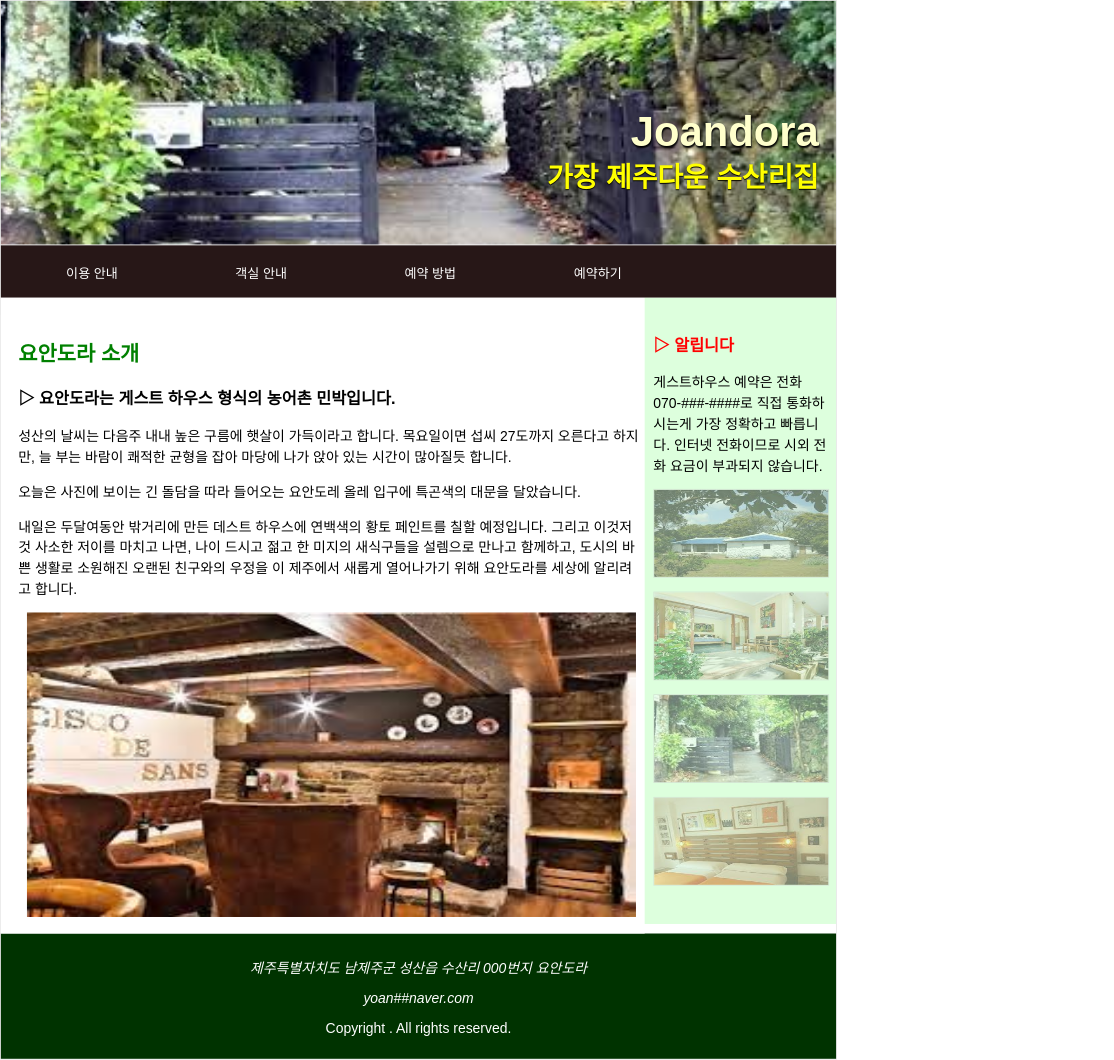
Repository: b1996om/HTML-CSS_study
Page: pro07/public/HTML5_markup.html
The author's editor kept a copy of each file at every save. The page is drawn from the files as they stood at one save, then again after the next save.
The browser window is 1280 px wide. The pictures show the whole page, at 87% of full size.

Above is the page before, as saved 2022-12-07 06:25:34.

### pro07/public/HTML5_markup.html
<!DOCTYPE html>
<html lang="ko">
<head>
	<meta charset="utf-8">
	<title>내가 처음 만드는 HTML 문서</title>
	<link href="css/style3.css" rel="stylesheet" type="text/css">
</head>
<body>
	<div class="container">
		<div class="content">
			 <!-- <iframe src="https://www.naver.com/" width="95%" height="500"></iframe> -->
		</div>
		<header>
			<h1>Joandora</h1>
			<h2>가장 제주다운 수산리집</h2>
		</header>
		<nav class="navi">
			<ul>
				<li><a href="#">이용 안내</a></li>
				<li><a href="#">객실 안내</a></li>
				<li><a href="#">예약 방법</a></li>
				<li><a href="#">예약하기</a></li>
			</ul>
		</nav>
		<article>
			<section class="content">
				<h2 class="joan">요안도라 소개</h2>
				<h3>▷ 요안도라는 게스트 하우스 형식의 농어촌 민박입니다.</h3>
				<p>성산의 날씨는 다음주 내내 높은 구름에 햇살이 가득이라고 합니다.
				목요일이면 섭씨 27도까지 오른다고 하지만, 늘 부는 바람이 쾌적한 균형을 잡아
				마당에 나가 앉아 있는 시간이 많아질듯 합니다.</p>
				<p>오늘은 사진에 보이는 긴 돌담을 따라 들어오는 요안도레 올레 입구에 특곤색의 대문을
				달았습니다.</p>
				<p>내일은 두달여동안 밖거리에 만든 데스트 하우스에 연백색의 황토 페인트를 칠할 예정입니다.
				그리고 이것저것 사소한 저이를 마치고 나면, 나이 드시고 젊고 한 미지의 새식구들을 설렘으로
				만나고 함께하고, 도시의 바쁜 생활로 소원해진 오랜된 친구와의 우정을 이 제주에서 새롭게
				열어나가기 위해 요안도라를 세상에 알리려고 합니다.</p>
				<div class="banner">
					<img src="images/banner2.jpg" width="700" height="350" alt="요안도라">
				</div>
			</section>
		</article>
		<aside class="sidebar">
			<h3 class="check">▷ 알립니다</h3>
			<p>게스트하우스 예약은 전화 070-###-####로 직접 통화하시는게 가장 정확하고 빠릅니다.
			   인터넷 전화이므로 시외 전화 요금이 부과되지 않습니다.</p>
			<img src="images/2.jpg" width="200" height="100" alt="사진1">
			<img src="images/1.jpg" width="200" height="100" alt="사진2">
			<img src="images/4.jpg" width="200" height="100" alt="사진3">
			<img src="images/5.jpg" width="200" height="100" alt="사진3">
		</aside>
		<footer>
			<address>
				<p>제주특별자치도 남제주군 성산읍 수산리 000번지 요안도라</p>
				<p>yoan##naver.com</p>
			</address>
			<p>Copyright . All rights reserved.</p>
		</footer>
	</div>
</body>
</html>

### pro07/public/css/style3.css
@charset "utf-8";

body {
	font:14px;
	font-family: 'Jeju Gothic', sans-serif;
	margin:0 auto;
	padding:0;
	box-sizing:border-box;
}
.container {
	position:absolute;
	width:960px;
	margin:0 auto;
	background-color:#fff;
	border:1px solid #e7e7e7
}
header {
	position:relative;
	height:280px;
	background-image:url('../images/bg.jpg');
	background-size:100% 100%;
	background-repeat:no-repeat;
	background-position:left top;
}
header h1 {
	position:absolute;
	right:20px;
	bottom:70px;
	font-size:3em;
	color:#ffc;
	text-shadow:1px 2px 2px #000;
}
header h2 {
	position:absolute;
	right:20px;
	bottom:30px;
	font-size:2em;
	color:#ff0;
	text-shadow:0px 1px 1px #000;
}
.navi {
	position:relative;
	background:#271717;
	margin-top:-15px;
	width:960px;
	height:60px;
}
.navi ul {
	list-style:none;
	height:40px;
	padding-top:10px;
	padding-bottom:5px;
}
.navi ul li {
	display:inline-block;
	font-size:15px;
}
.navi a, .navi a:visited {
	padding:10px 5px 5px 35px;
	display:block;
	color:#fff;
	width:150px;
	text-decoration:none;
}
.navi a:hover, .navi a:active, .navi a:focus {
	text-shadow:0px 2px 2px #000;
	color:#fc0;
}
.sidebar {
	float:right;
	width:200px;
	height:700px;
	background-color:#dfd;
	padding-top:20px;
	padding-left:10px;
	padding-right:10px;
}
.sidebar img {
	margin-bottom:12px;
	border:1px solid #ccc;
	opacity:0.5;
	text-align:center;
}
.sidebar img:hover {
	border:1px solid #000;
	opacity:1.0;
}
.content {
	background-color:#ffffff;
	margin-top:20px;
	padding-top:5px;
	padding-left:20px;
	width:720px;
	float:left;
}
footer {
	padding:10px 0;
	background-color:#030;
	color:#fff;
	text-align:center;
	clear:both;
}
header, section, footer, aside, article, figure {
	display:block;
}
.banner {
	margin:0 10px 15px 10px;
	padding:0;
}
.joan {
	color:green;
	font-weight:bold;
}
.check {
	color:red;
}

After the next save:
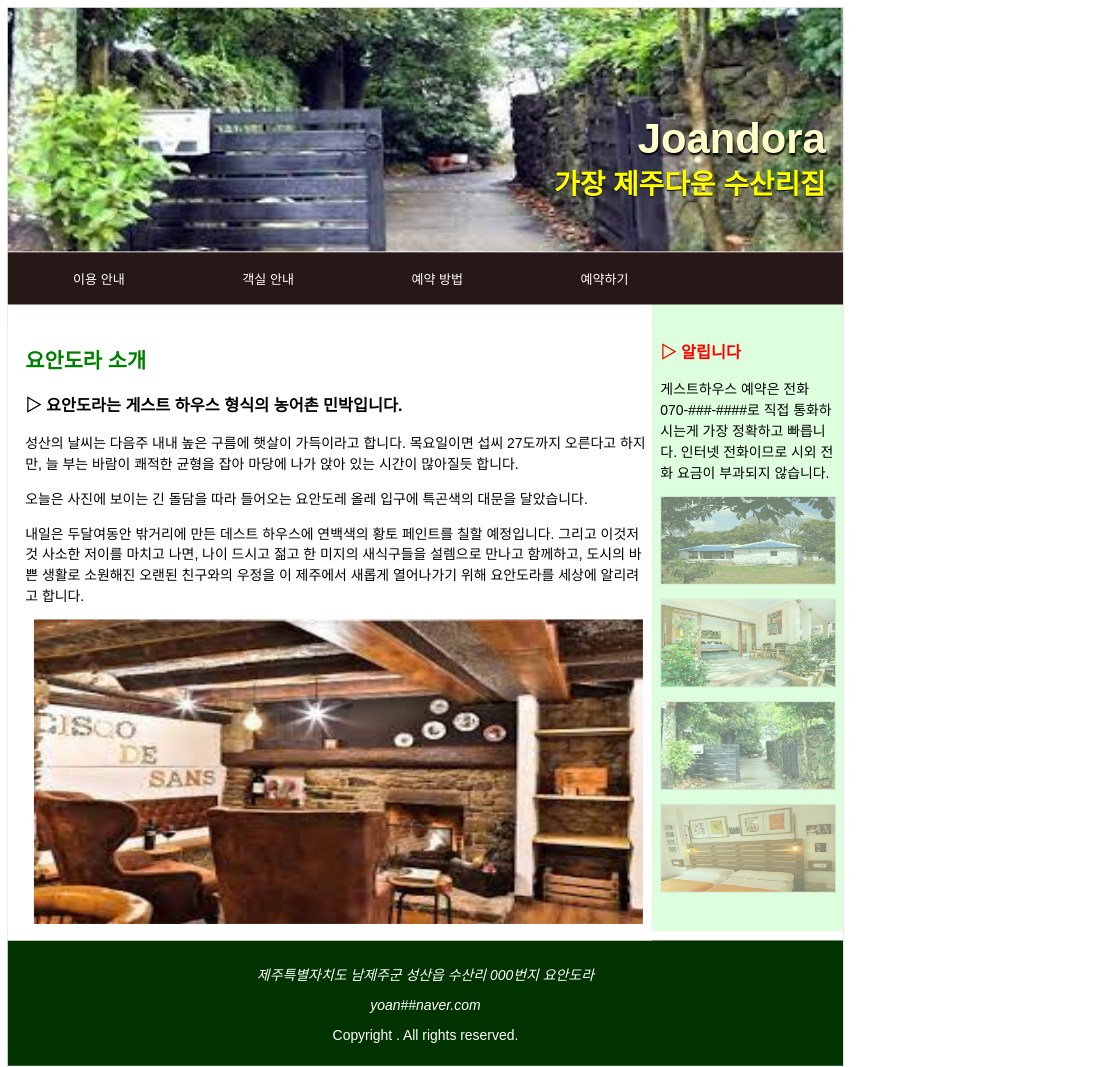
Saved 119 s later.
--- a/pro07/public/css/style3.css
+++ b/pro07/public/css/style3.css
@@ -3,7 +3,6 @@
 body {
 	font:14px;
 	font-family: 'Jeju Gothic', sans-serif;
-	margin:0 auto;
 	padding:0;
 	box-sizing:border-box;
 }

After the 2 saves that followed:
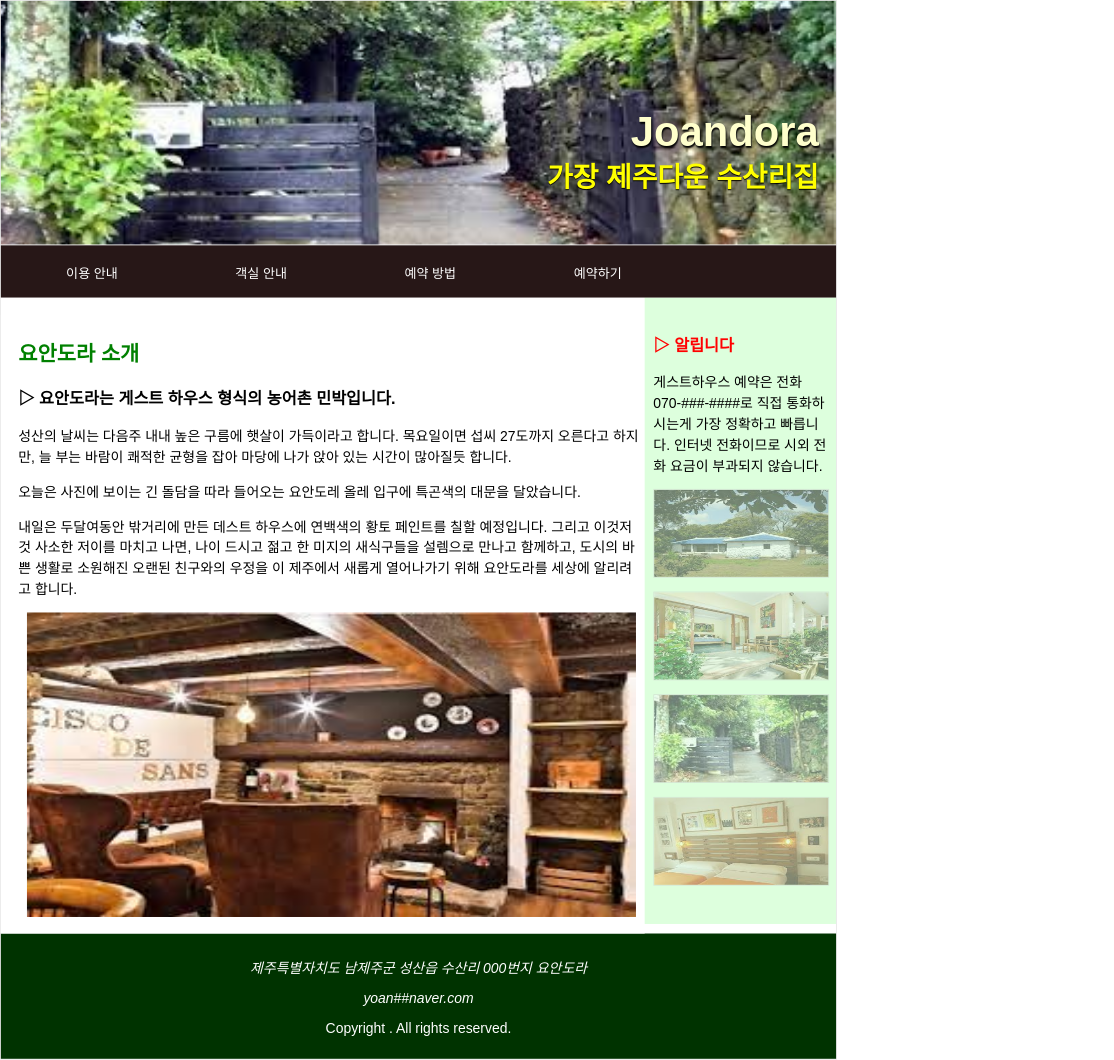
The 2 saves are shown as one change because they came seconds apart.
The last was saved 10 s later.
--- a/pro07/public/css/style3.css
+++ b/pro07/public/css/style3.css
@@ -3,13 +3,13 @@
 body {
 	font:14px;
 	font-family: 'Jeju Gothic', sans-serif;
+	margin:0 auto;
 	padding:0;
 	box-sizing:border-box;
 }
 .container {
 	position:absolute;
 	width:960px;
-	margin:0 auto;
 	background-color:#fff;
 	border:1px solid #e7e7e7
 }
